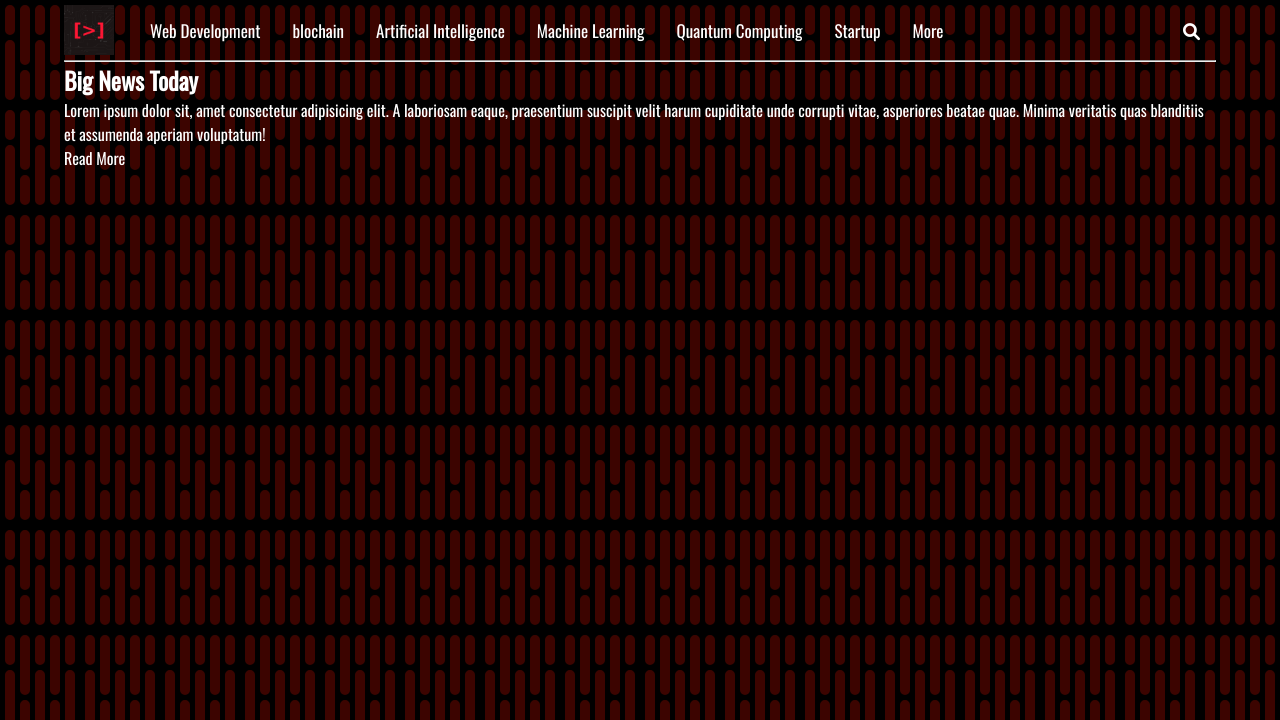
Repository: NickArregoces/News_Web
Page: index.html
These files come from the project's save history. The page is drawn as it stood at one moment and after the next save; the edit follows.
The browser window is 1280 px wide. The pictures show the whole page.

Above is the page before, as saved 2021-12-20 20:29:43.

After the next save:
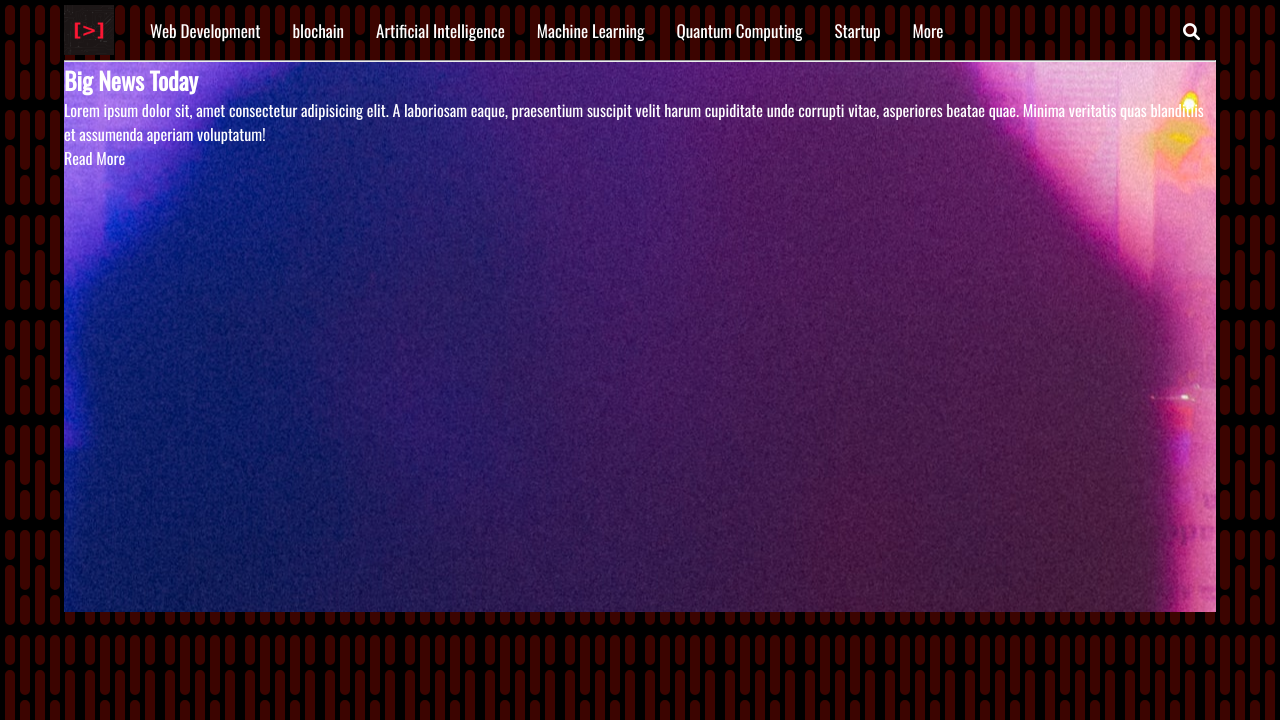
Saved 4 s later.
--- a/style.Css
+++ b/style.Css
@@ -65,6 +65,6 @@
 .showcase{
     width: 100%;
     height: 550px;
-    background: url(/img/showcase2.jpg) no-repeat center cent;
+    background: url(/img/showcase2.jpg) no-repeat center center;
 
 }
